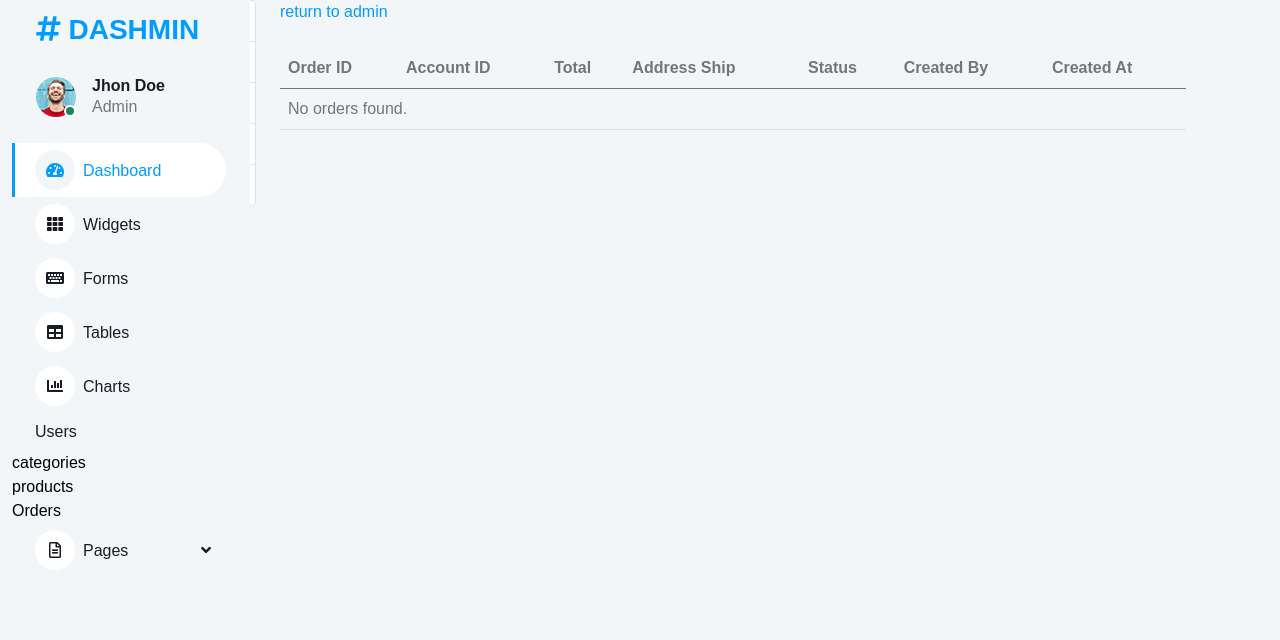
Repository: beovan/php1_ASM
Page: http://localhost/admin/order.php
An editor plug-in stored every save of this project. The page is shown before and after the next save, followed by the edit.
The browser window is 1280 px wide. The pictures show the whole page.
Some web fonts or font styles are not loaded; a fallback is used. Some web libraries are served in a nearby version. The page is run by PHP 8.4 with error messages shown; the project is at /var/www/html/. The session is filled in as if someone had signed in: {"account_id": 1}. Queries for data that is not in the repository find no rows.

Above is the page before, as saved 2023-08-09 22:30:07.

After the next save:
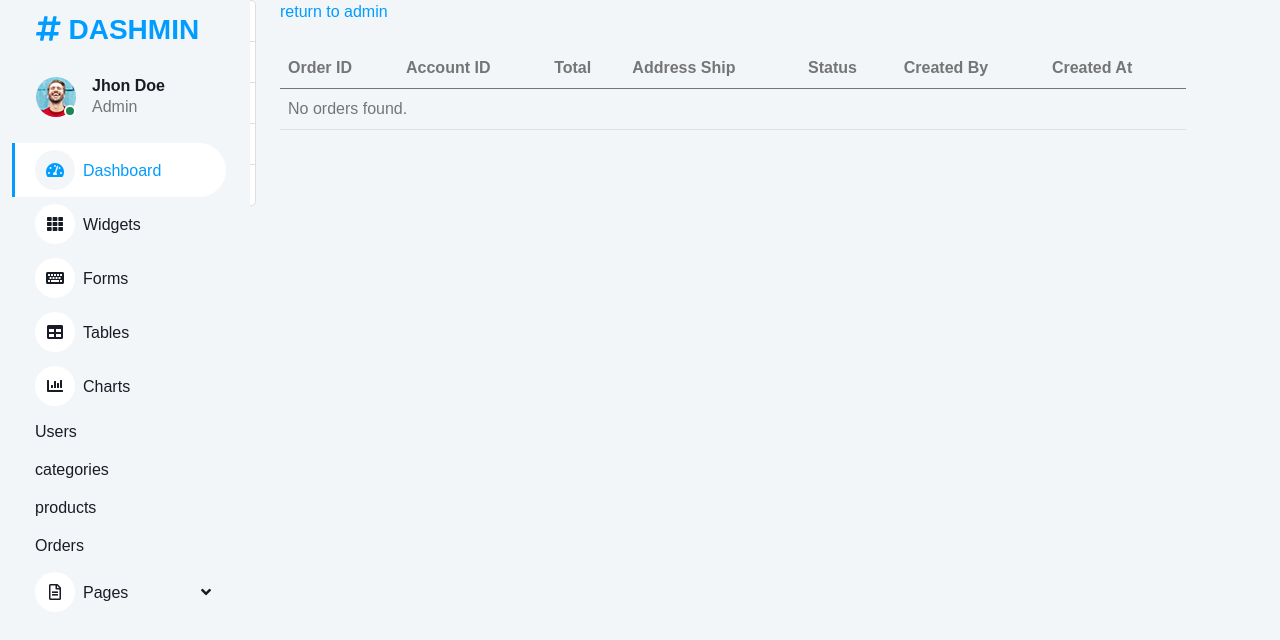
Saved 6 s later.
--- a/admin/layout/nav.php
+++ b/admin/layout/nav.php
@@ -21,9 +21,9 @@
                     <a href="table.html" class="nav-item nav-link"><i class="fa fa-table me-2"></i>Tables</a>
                     <a href="chart.html" class="nav-item nav-link"><i class="fa fa-chart-bar me-2"></i>Charts</a>
                     <a class= 'nav-item nav-link' href="../admin/users.php">Users</a>
-                    <a class= 'link' href="../admin/categories.php">categories</a>
-                    <a class= 'link' href="../admin/products.php">products</a>
-                    <a class= 'link' href="../admin/order.php">Orders</a>
+                    <a class= 'nav-item nav-link' href="../admin/categories.php">categories</a>
+                    <a class= 'nav-item nav-link' href="../admin/products.php">products</a>
+                    <a class= 'nav-item nav-link' href="../admin/order.php">Orders</a>
 
                     <div class="nav-item dropdown">
                         <a href="#" class="nav-link dropdown-toggle" data-bs-toggle="dropdown"><i class="far fa-file-alt me-2"></i>Pages</a>
